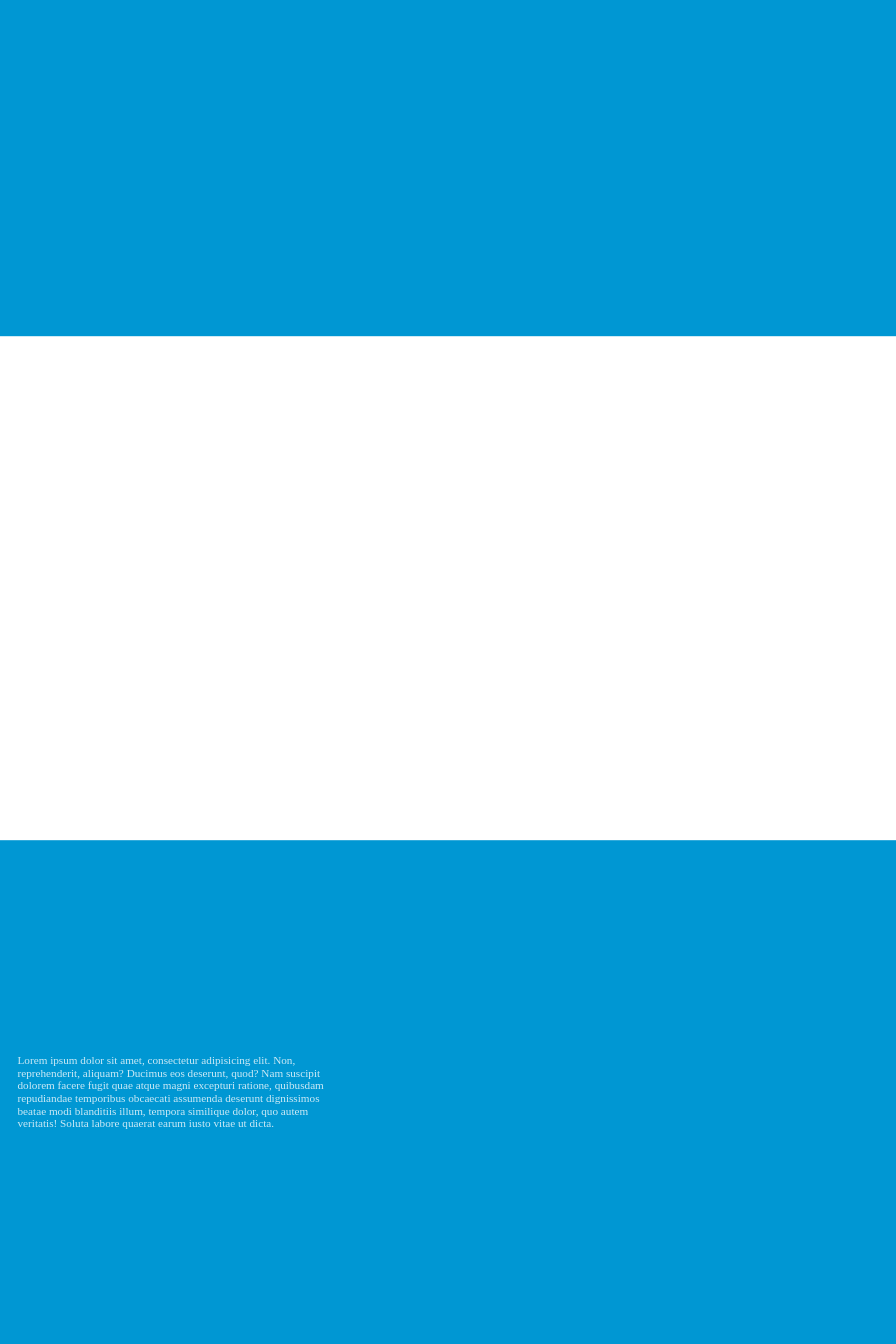
Repository: LiamB123/Adaptive-Sizing-Practice
Page: MP.html
The author's editor kept a record of every edit. The page is drawn from the files as they stood at one moment, then again after the next edit.
The browser window is 1280 px wide. The pictures show the part of the page from y = 976 to 2896 px (the page is 2896 px tall), at 70% of full size.

Above is the page before.

After the next edit:
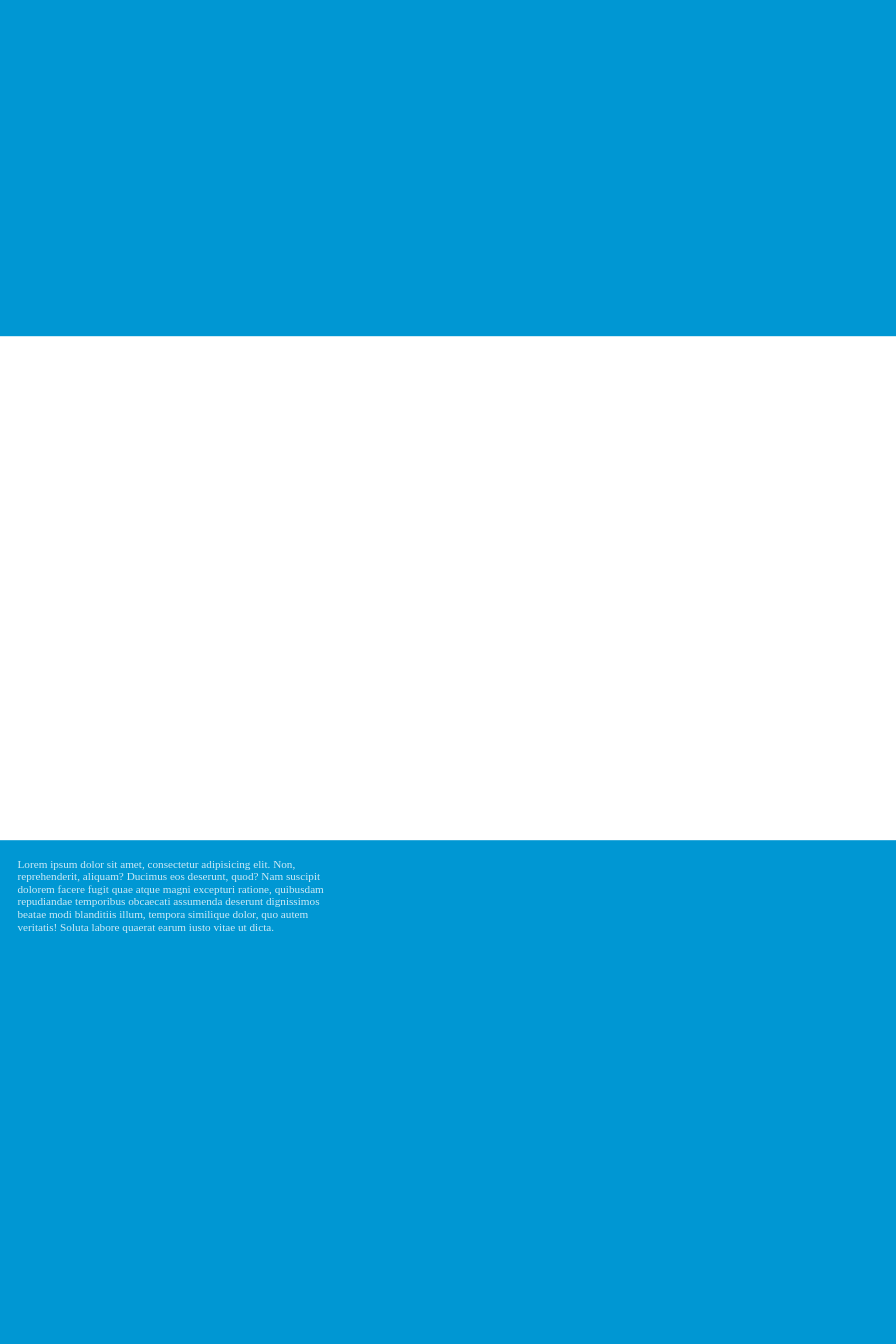
The edit:
--- a/MP.css
+++ b/MP.css
@@ -20,7 +20,7 @@
         height:100%;
     }
 
-.article, .aside{
+.vcenter {
     position:relative;
     top:50%;
     transform:translateY(-50%) ;
